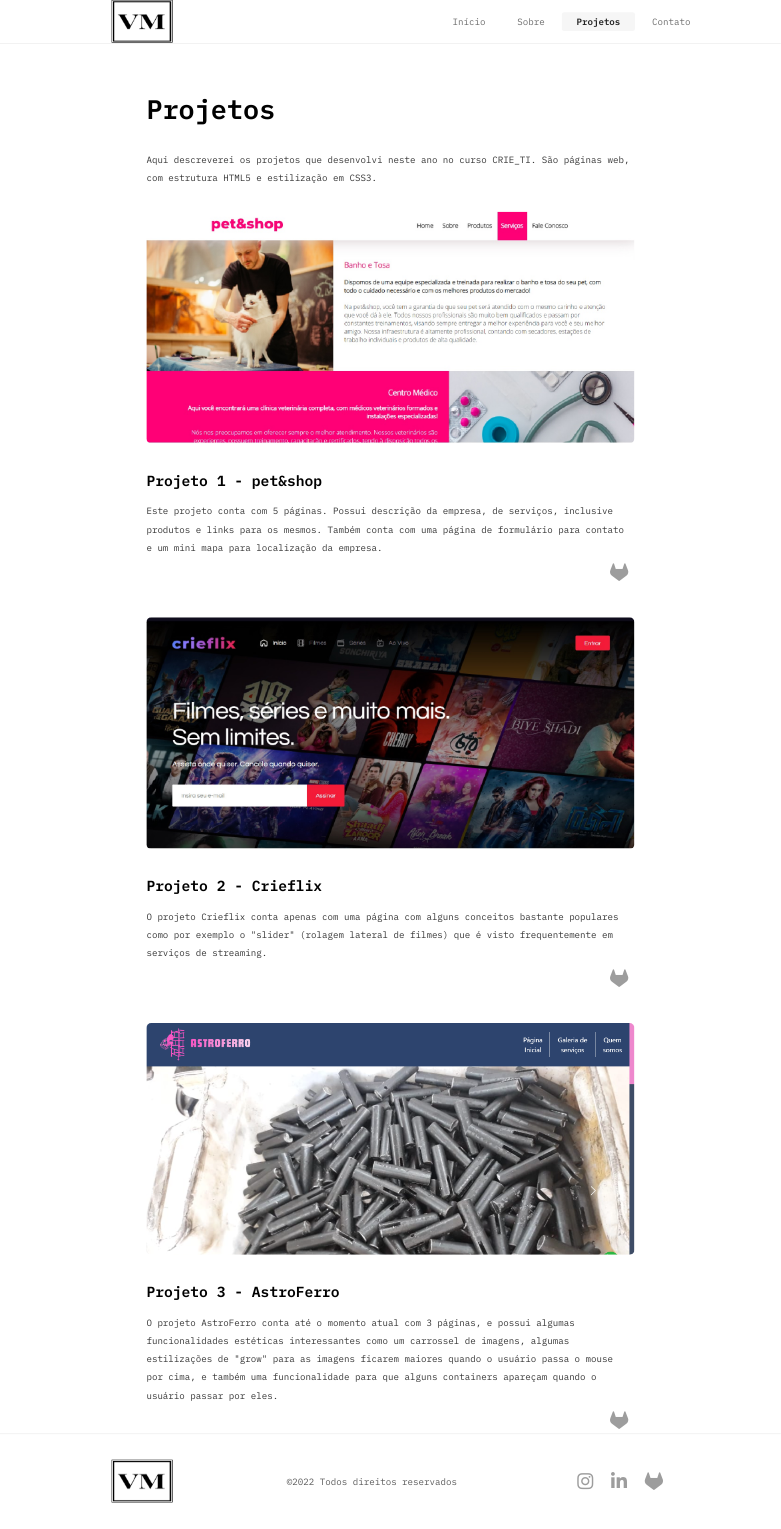
Repository: viictormatias/viictormatias.github.io
Page: projects.html
These files come from the project's save history. The page is drawn as it stood at one moment and after the next save; the edit follows.
The browser window is 1280 px wide. The pictures show the whole page, at 61% of full size.
Some web libraries are served in a nearby version.

Above is the page before, as saved 2023-02-06 15:53:47.

After the next save:
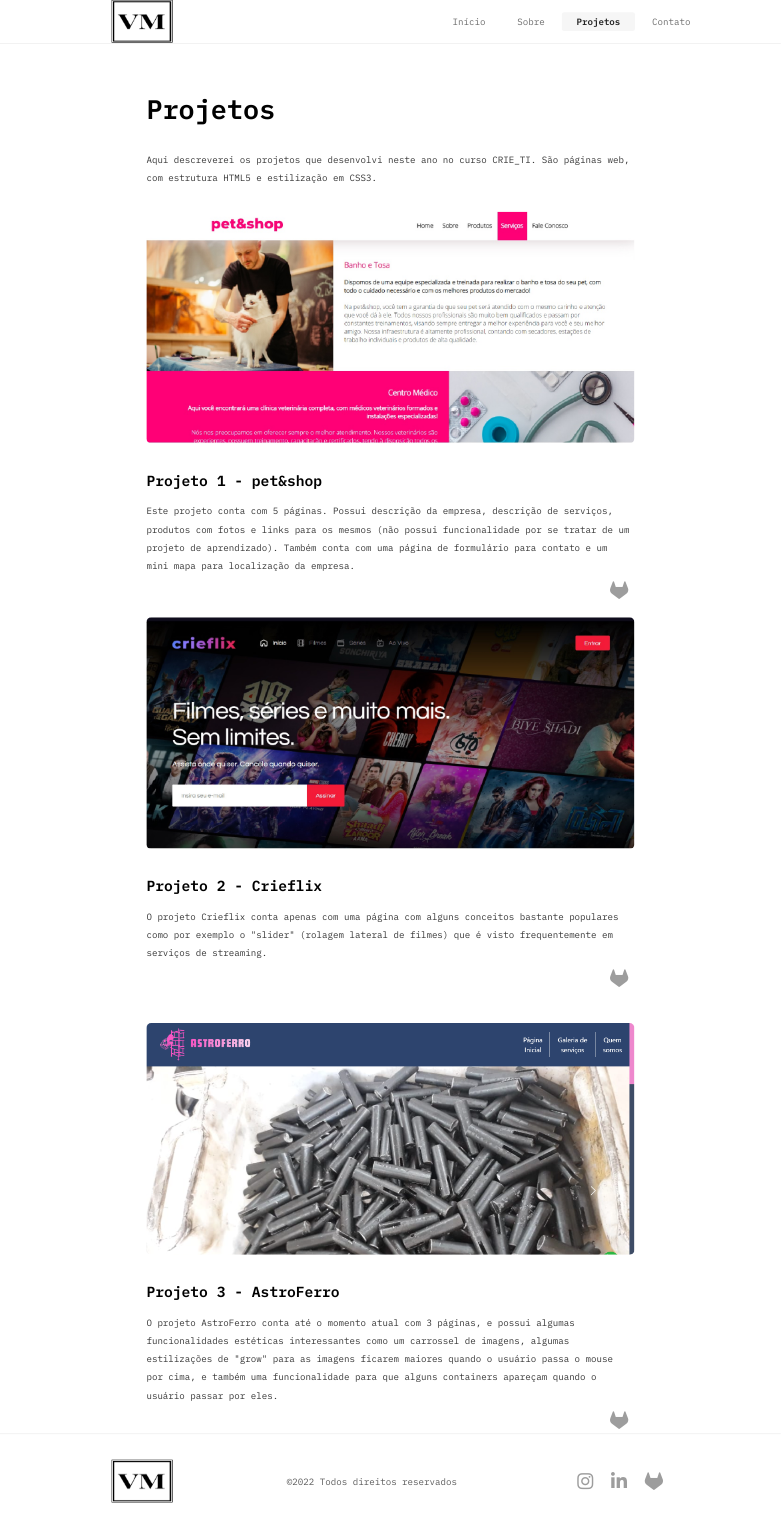
Saved 63 s later.
--- a/projects.html
+++ b/projects.html
@@ -51,7 +51,7 @@
         </div>
         <div class="project__desc__container">
             <h2 class="projects__title__1">Projeto 1 - pet&shop</h2>
-            <p class="project__description">Este projeto conta com 5 páginas. Possui descrição da empresa, de serviços, inclusive produtos e links para os mesmos. Também conta com uma página de formulário para contato e um mini mapa para localização da empresa.</p>
+            <p class="project__description">Este projeto conta com 5 páginas. Possui descrição da empresa, descrição de serviços, produtos com fotos e links para os mesmos (não possui funcionalidade por se tratar de um projeto de aprendizado). Também conta com uma página de formulário para contato e um mini mapa para localização da empresa.</p>
             <a class="icons" href="https://gitlab.com/vmatiasdev/petandshop" target="_blank" style="display: flex; justify-content: end;">
                 <i class="fa-brands fa-gitlab fa-2x"></i>
             </a>
